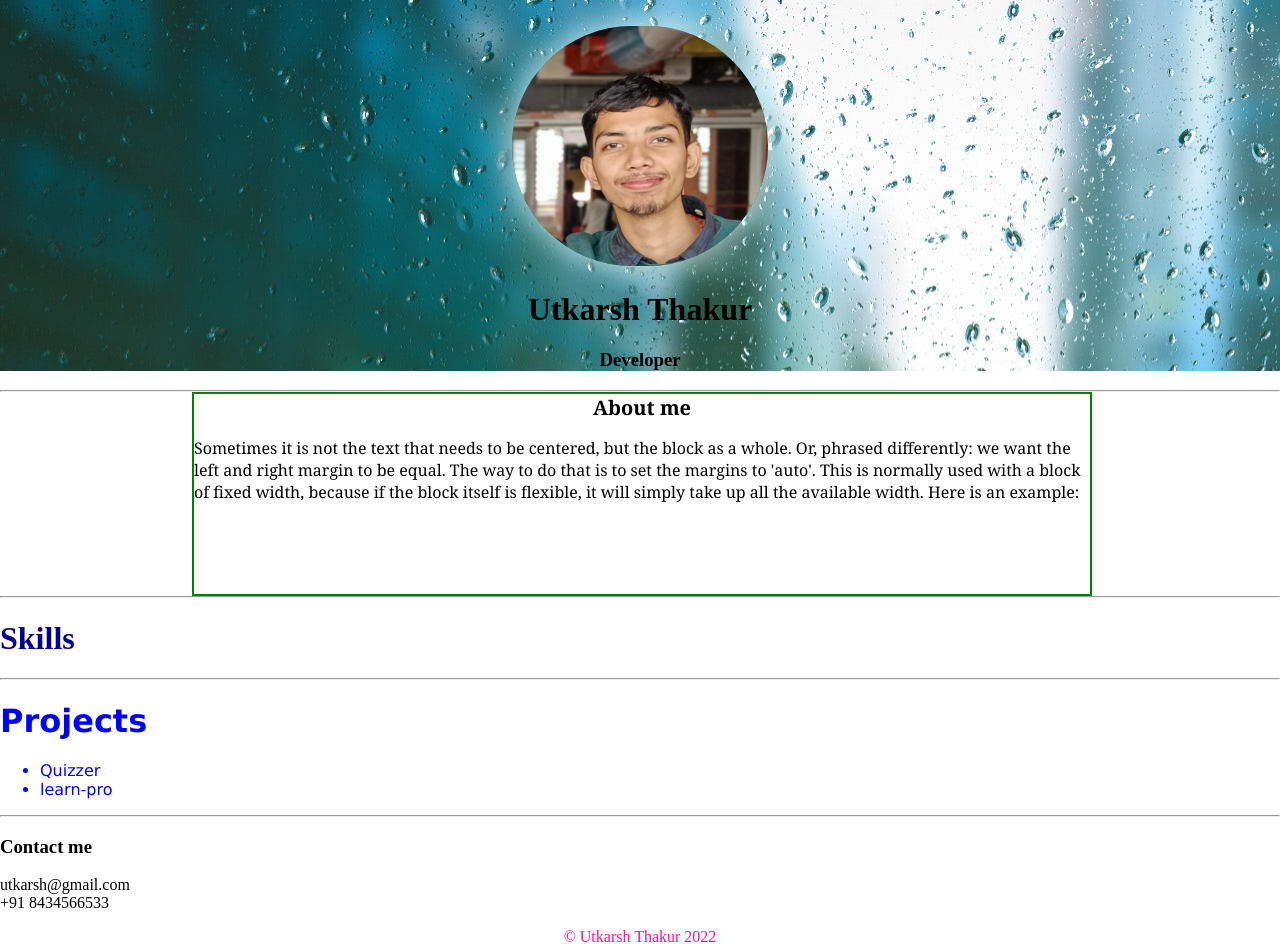
Repository: UtkarshThakur321/Utkarsh-Thakur-Profile
Page: index.html
The author's editor kept a copy of each file at every save. The page is drawn from the files as they stood at one save, then again after the next save.
The browser window is 1280 px wide. The pictures show the whole page.

Above is the page before, as saved 2022-01-22 23:33:01.
Not found: main.js

After the next save:
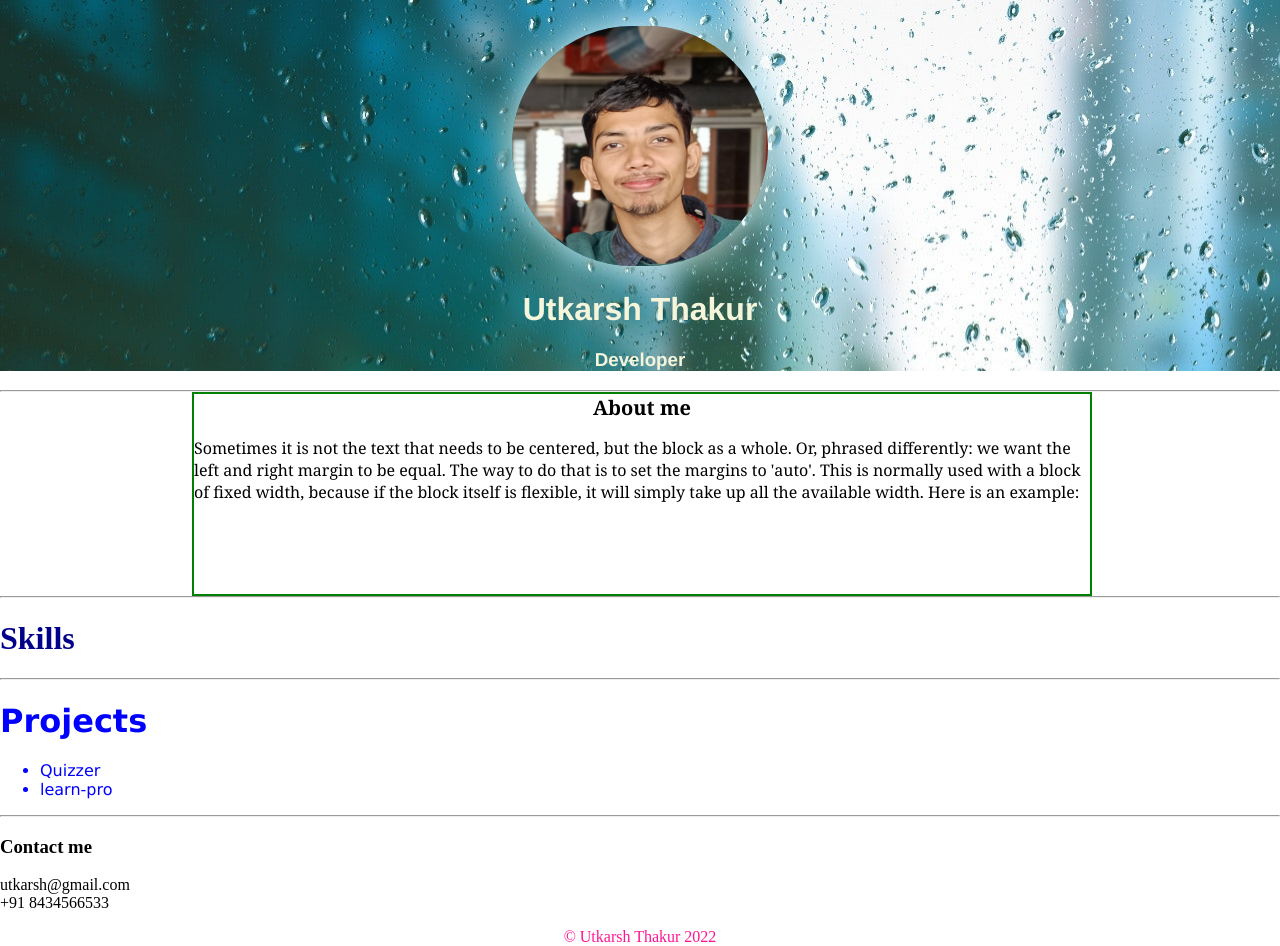
Saved 57 s later.
--- a/index.css
+++ b/index.css
@@ -18,6 +18,10 @@ body{
     width:20%;
     border-radius: 130px;
     box-shadow: 0px 0px 40px rgb(235, 253, 253);
+}
+#profileName{
+    color:beige;
+    font-family: 'Franklin Gothic Medium', 'Arial Narrow', Arial, sans-serif;
 }
 
 #aboutMe{
